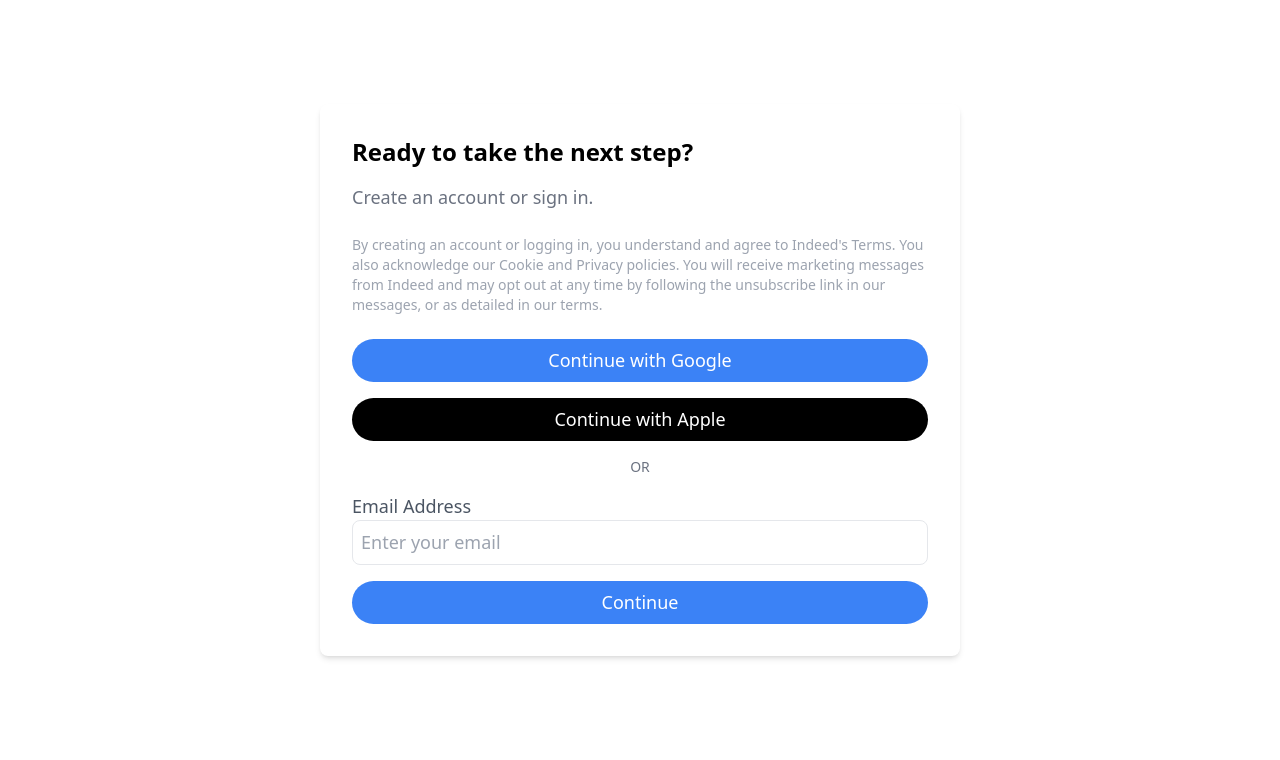
Repository: Temitech001/new-job
Page: /signin
The author's editor kept a copy of each file at every save. The page is drawn from the files as they stood at one save, then again after a run of saves.
The browser window is 1280 px wide. The pictures show the whole page.
The project was rebuilt for these pictures with package versions that can differ from the ones it lists, and the page was loaded fresh each time. Also part of the build but not shown: src/App.css, src/components/header/Header.jsx, src/components/jobSearch/Job.jsx, src/components/jobSearch/JobListing.jsx, src/App.js.

Above is the page before, as saved 2023-08-22 02:00:32.

### public/index.html
<!DOCTYPE html>
<html lang="en">
  <head>
    <meta charset="utf-8" />
    <link rel="icon" href="%PUBLIC_URL%/favicon.ico" />
    <meta name="viewport" content="width=device-width, initial-scale=1" />
    <meta name="theme-color" content="#000000" />
    <meta
      name="description"
      content="JobConnect360 is your comprehensive platform for all things related to employment."
    />
    <link rel="apple-touch-icon" href="%PUBLIC_URL%/logo192.png" />
    <!--
      manifest.json provides metadata used when your web app is installed on a
      user's mobile device or desktop. See https://developers.google.com/web/fundamentals/web-app-manifest/
    -->
    <link rel="manifest" href="%PUBLIC_URL%/manifest.json" />
    <!--
      Notice the use of %PUBLIC_URL% in the tags above.
      It will be replaced with the URL of the `public` folder during the build.
      Only files inside the `public` folder can be referenced from the HTML.

      Unlike "/favicon.ico" or "favicon.ico", "%PUBLIC_URL%/favicon.ico" will
      work correctly both with client-side routing and a non-root public URL.
      Learn how to configure a non-root public URL by running `npm run build`.
    -->
    <title>JobConnect360</title>
  </head>
  <body>
    <noscript>You need to enable JavaScript to run this app.</noscript>
    <div id="root"></div>
    <!--
      This HTML file is a template.
      If you open it directly in the browser, you will see an empty page.

      You can add webfonts, meta tags, or analytics to this file.
      The build step will place the bundled scripts into the <body> tag.

      To begin the development, run `npm start` or `yarn start`.
      To create a production bundle, use `npm run build` or `yarn build`.
    -->
  </body>
</html>

### src/index.js
import React from 'react';
import ReactDOM from 'react-dom/client';
import { BrowserRouter, Routes, Route} from "react-router-dom";
import './index.css';
import App from './App';
import ScrollToTop from 'react-scroll-to-top';
import SignIn from './components/jobSearch/signIn/SignIn';

const root = ReactDOM.createRoot(document.getElementById('root'));
root.render(
  <React.StrictMode>
    <BrowserRouter>
    <ScrollToTop/>
            <Routes>
                <Route path="/" element={<App />} />
                <Route path="/signin" element={<SignIn />} />
                {/* <Route path="/impact" element={<ImpactPage />} /> */}
                {/* <Route path="/contact" element={<ContactPage />} /> */}
            </Routes>
            {/* <App /> */}
        </BrowserRouter>
  </React.StrictMode>
);

### src/index.css
@tailwind base;
@tailwind components;
@tailwind utilities;

body {
  margin: 0;
  font-family: "Noto Sans", "Helvetica Neue", Helvetica, Arial, sans-serif;
  -webkit-font-smoothing: antialiased;
  -moz-osx-font-smoothing: grayscale;
  font-size: 18px;
}

code {
  font-family: source-code-pro, Menlo, Monaco, Consolas, 'Courier New',
    monospace;
}

### src/components/jobSearch/signIn/SignIn.jsx
import React from 'react';
// import './SignIn.css'; // Add your additional CSS file for custom styling

const SignIn = () => {
  return (
    <div className="flex justify-center items-center h-screen w-2/4 mx-auto my-5">
      <div className="bg-white p-8 rounded-lg shadow-md">
        <h2 className="text-2xl font-semibold mb-4">
          Ready to take the next step?
        </h2>
        <p className="text-gray-500 mb-6">
          Create an account or sign in.
        </p>
        <p className="text-sm text-gray-400 mb-6">
          By creating an account or logging in, you understand and agree to Indeed's Terms. You also acknowledge our Cookie and Privacy policies. You will receive marketing messages from Indeed and may opt out at any time by following the unsubscribe link in our messages, or as detailed in our terms.
        </p>
        <button className="bg-blue-500 text-white rounded-full py-2 px-4 mb-4 w-full hover:bg-blue-600">
          Continue with Google
        </button>
        <button className="bg-black text-white rounded-full py-2 px-4 mb-4 w-full hover:bg-gray-800">
          Continue with Apple
        </button>
        <div className="text-center text-gray-500 text-sm mb-4">OR</div>
        <div className="mb-4">
          <label htmlFor="email" className="text-gray-600">Email Address</label>
          <input
            type="email"
            id="email"
            className="w-full border rounded-lg p-2 focus:outline-none focus:ring focus:border-blue-400"
            placeholder="Enter your email"
          />
        </div>
        <button className="bg-blue-500 text-white rounded-full py-2 px-4 w-full hover:bg-blue-600">
          Continue
        </button>
      </div>
    </div>
  );
};

export default SignIn;

### src/components/header/Header.css
/* Header.css */
@media (max-width: 768px) {
    /* Mobile styles */

    /* Center logo and move Sign In button to the right */
    .container {
      flex-direction: column;
      align-items: center;
    }

    .flex:nth-child(1) {
      margin-bottom: 1rem;
    }

    /* Add margin between logo and Sign In button */
    .flex:nth-child(2) {
      margin-top: 1rem;
    }

    /* Mobile menu icon styles */
    .menu-icon {
      display: inline-block;
    }

    .bar {
      width: 25px;
      height: 3px;
      background-color: white;
      margin: 4px 0;
      transition: 0.4s;
    }

    .open .bar:nth-child(1) {
      transform: rotate(-45deg) translate(-5px, 6px);
    }

    .open .bar:nth-child(2) {
      opacity: 0;
    }

    .open .bar:nth-child(3) {
      transform: rotate(45deg) translate(-5px, -6px);
    }

    /* Add styles for mobile menu (Hamburger) */
    .menu-items {
      display: none;
      flex-direction: column;
      align-items: center;
    }

    .menu-open .menu-items {
      display: flex;
    }

    /* Additional mobile styles can be added as needed */
  }

### tailwind.config.js
/** @type {import('tailwindcss').Config} */
module.exports = {
  content: ["./src/**/*.{html,jsx, js}"],
  theme: {
    extend: {},
  },
  plugins: [],
}

After the next 3 saves:
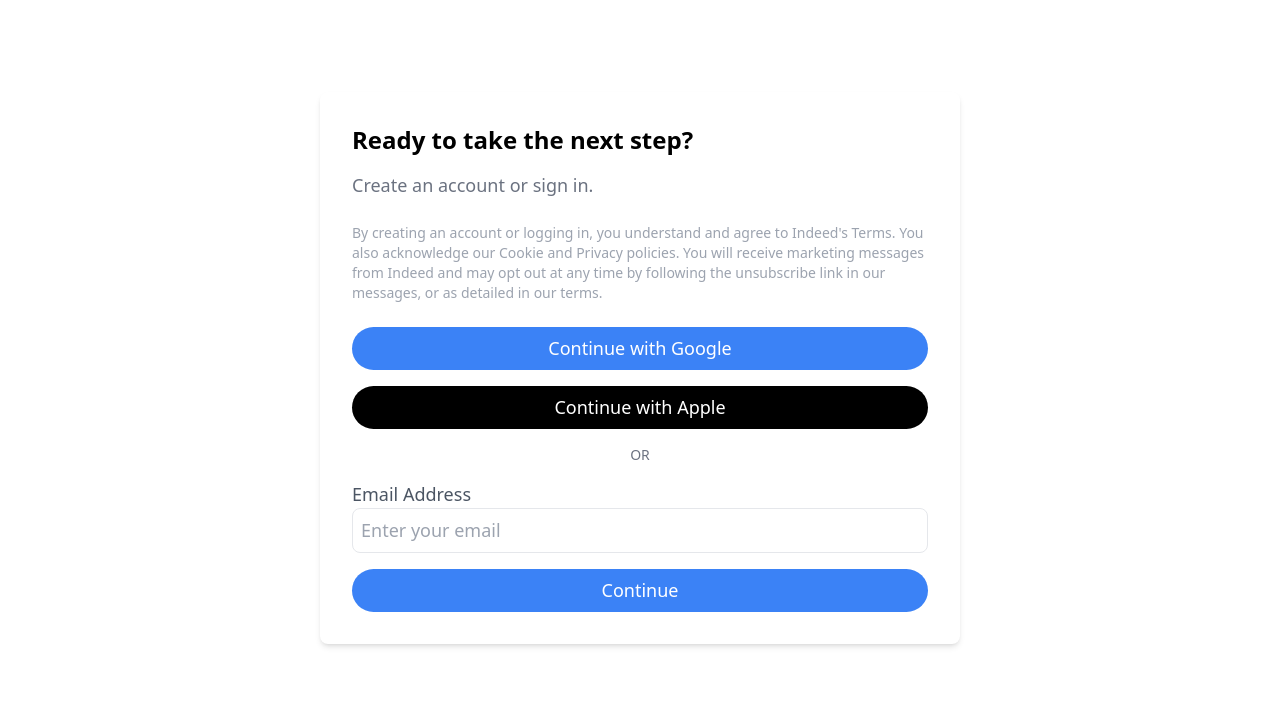
The 3 saves are shown as one change because they came seconds apart.
The last was saved 15 s later.
--- a/src/components/jobSearch/signIn/SignIn.jsx
+++ b/src/components/jobSearch/signIn/SignIn.jsx
@@ -3,7 +3,7 @@ import React from 'react';
 
 const SignIn = () => {
   return (
-    <div className="flex justify-center items-center h-screen w-2/4 mx-auto my-5">
+    <div className="flex justify-center items-center h-screen w-2/4 mx-auto mt-2">
       <div className="bg-white p-8 rounded-lg shadow-md">
         <h2 className="text-2xl font-semibold mb-4">
           Ready to take the next step?
